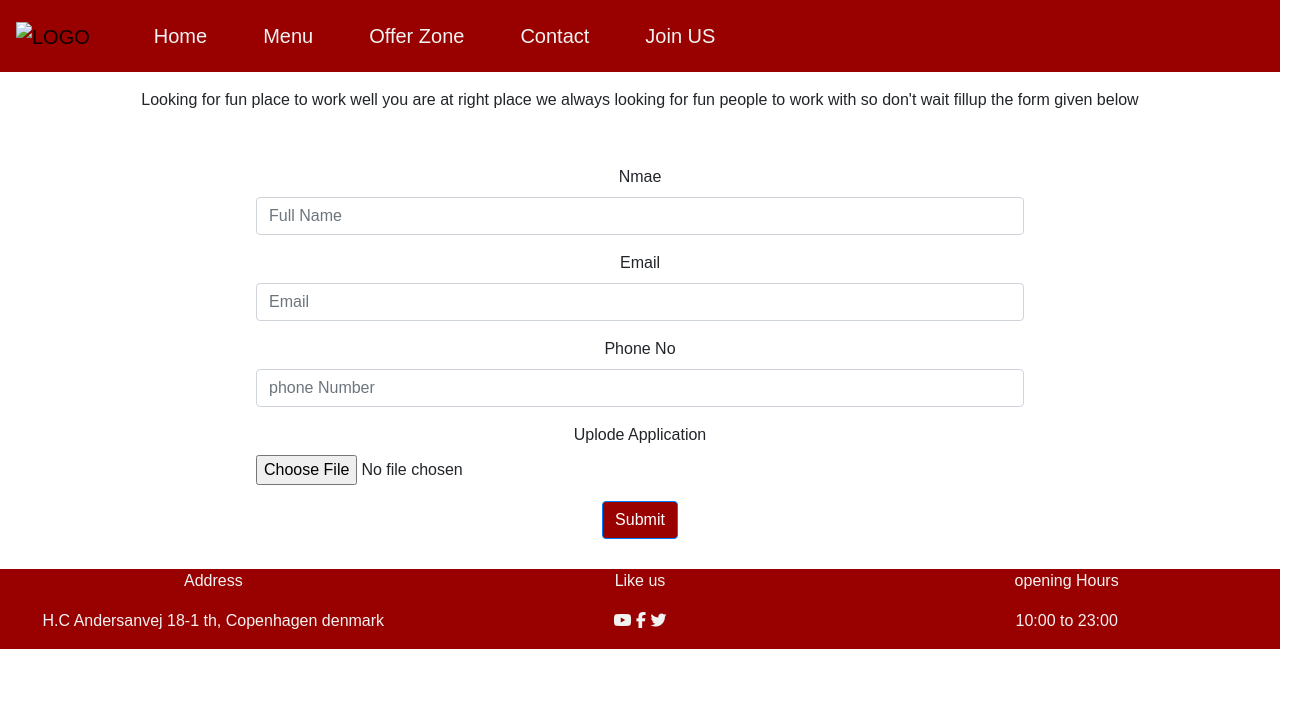
Repository: HMTRIVEDI/project-one
Page: job.html
The author's editor kept a record of every edit. The page is drawn from the files as they stood at one moment, then again after the next edit.
The browser window is 1280 px wide. The page is 1295 px wide, so the pictures cover 1295 px, including what lies to the right of the window. The pictures show the whole page.
Some web libraries are served in a nearby version.

Above is the page before.

After the next edit:
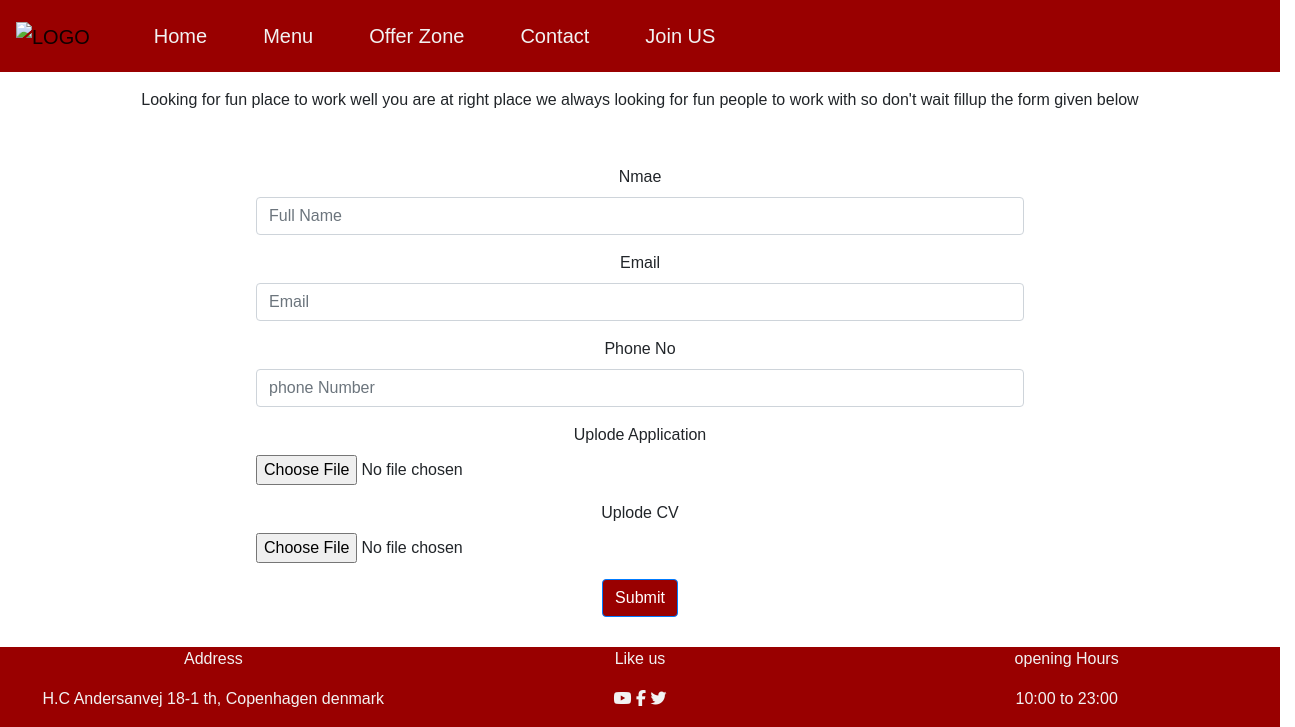
The edit:
--- a/job.html
+++ b/job.html
@@ -72,6 +72,10 @@
               <label for="exampleFormControlFile1">Uplode Application</label>
               <input type="file" class="form-control-file" id="exampleFormControlFile1">
             </div>
+            <div class="form-group">
+              <label for="exampleFormControlFile1">Uplode CV</label>
+              <input type="file" class="form-control-file" id="exampleFormControlFile1">
+            </div>
             <button type="submit" class="btn btn-primary">Submit</button>
           </form>
         </div>
